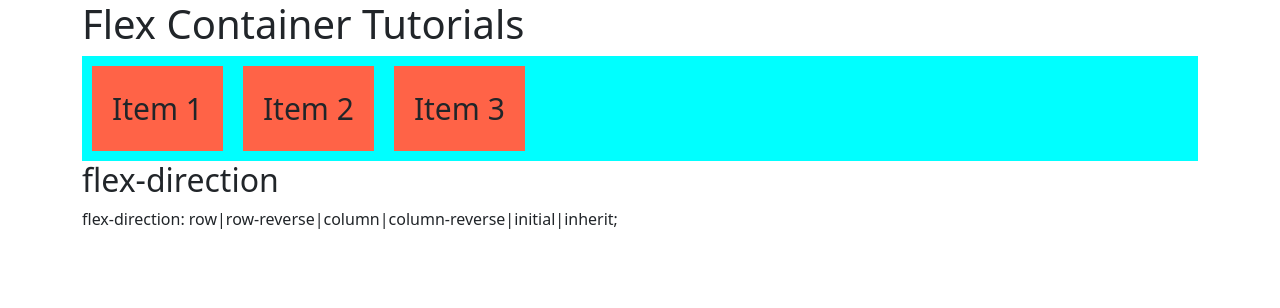
Repository: tandoan-teaching/teaching
Page: ltt/web/exercises/flexbox/flex-container.html
An editor plug-in stored every save of this project. The page is shown before and after the next save, followed by the edit.
The browser window is 1280 px wide. The pictures show the whole page.

Above is the page before, as saved 2024-03-24 16:13:13.

### ltt/web/exercises/flexbox/flex-container.html
<!doctype html>
<html lang="en">
    <head>
        <meta charset="utf-8">
        <meta name="viewport" content="width=device-width, initial-scale=1">
        <title>CSS Flex Box Tutorials</title>
        <link
            href="https://cdn.jsdelivr.net/npm/bootstrap@5.3.3/dist/css/bootstrap.min.css"
            rel="stylesheet"
            integrity="sha384-QWTKZyjpPEjISv5WaRU9OFeRpok6YctnYmDr5pNlyT2bRjXh0JMhjY6hW+ALEwIH"
            crossorigin="anonymous">

        <style>
        .flex-container {
            display: flex;
            background-color: aqua;
          }

          .flex-container > div {
            background-color: tomato;
            margin: 10px;
            padding: 20px;
            font-size: 30px;
          }
    </style>
    </head>
    <body>

        <div class="container">

            <h1>
                Flex Container Tutorials
            </h1>

            <div class="flex-container">

                <div>Item 1</div>
                <div>Item 2</div>
                <div>Item 3</div>
            </div>

            <div class="sub-title">
                <h2>flex-direction</h2>
                <p>
                    flex-direction:
                    row|row-reverse|column|column-reverse|initial|inherit;
                </p>
            </div>

        </div>

        <script
            src="https://cdn.jsdelivr.net/npm/bootstrap@5.3.3/dist/js/bootstrap.bundle.min.js"
            integrity="sha384-YvpcrYf0tY3lHB60NNkmXc5s9fDVZLESaAA55NDzOxhy9GkcIdslK1eN7N6jIeHz"
            crossorigin="anonymous"></script>
    </body>
</html>

After the next save:
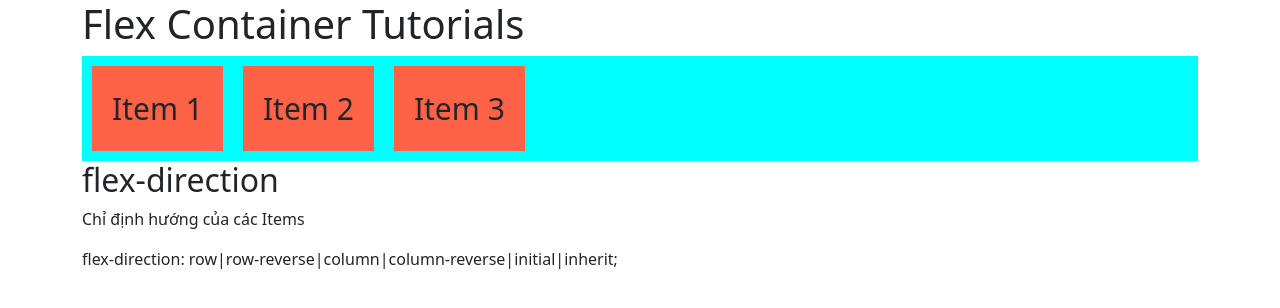
Saved 83 s later.
--- a/ltt/web/exercises/flexbox/flex-container.html
+++ b/ltt/web/exercises/flexbox/flex-container.html
@@ -41,6 +41,7 @@
 
             <div class="sub-title">
                 <h2>flex-direction</h2>
+                <p>Chỉ định hướng của các Items</p>
                 <p>
                     flex-direction:
                     row|row-reverse|column|column-reverse|initial|inherit;
